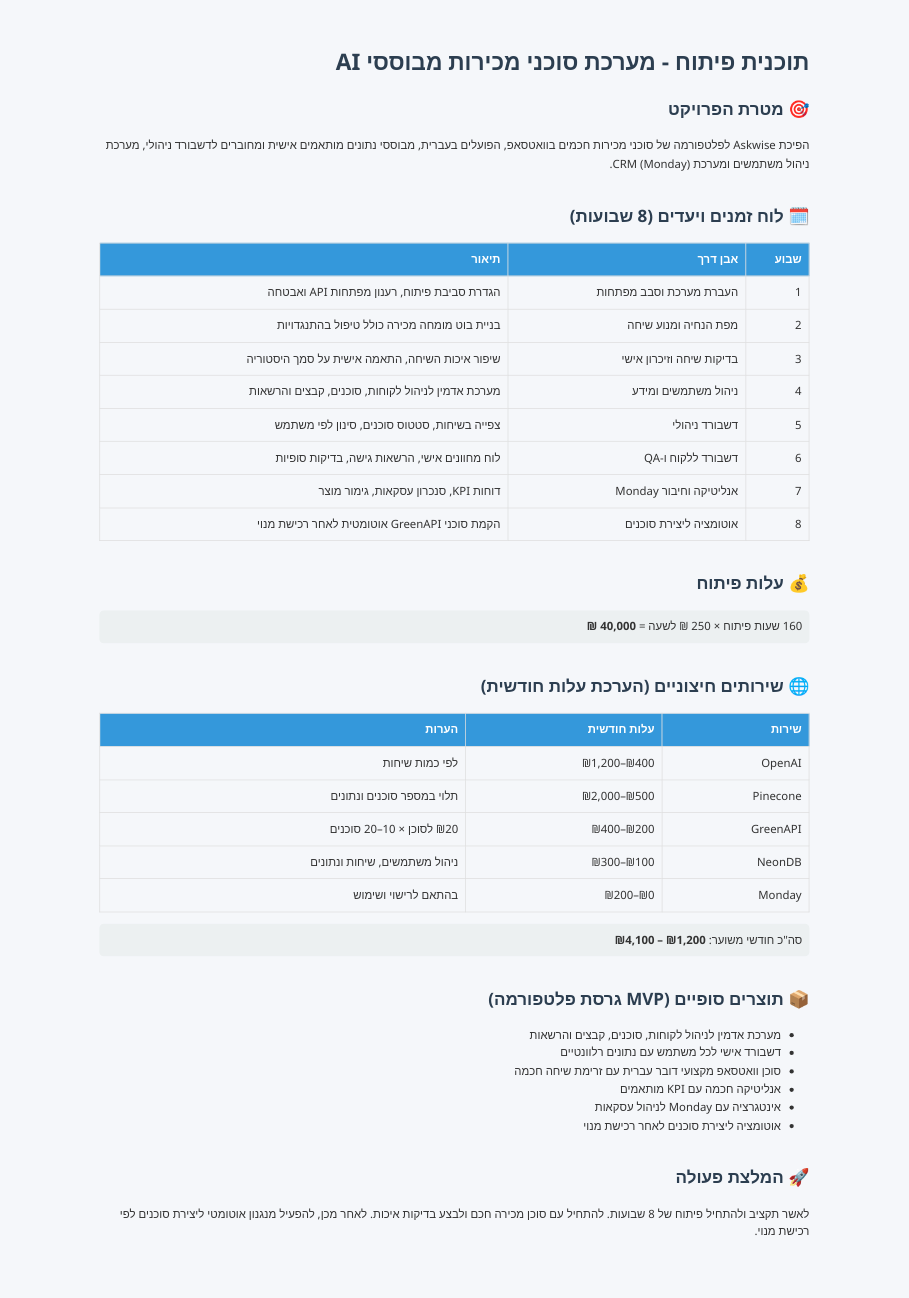
Repository: dangogit/askwise
Page: index.html
An editor plug-in stored every save of this project. The page is shown before and after the next save, followed by the edit.
The browser window is 1280 px wide. The pictures show the whole page, at 71% of full size.

Above is the page before, as saved 2025-05-23 16:21:14.

After the next save:
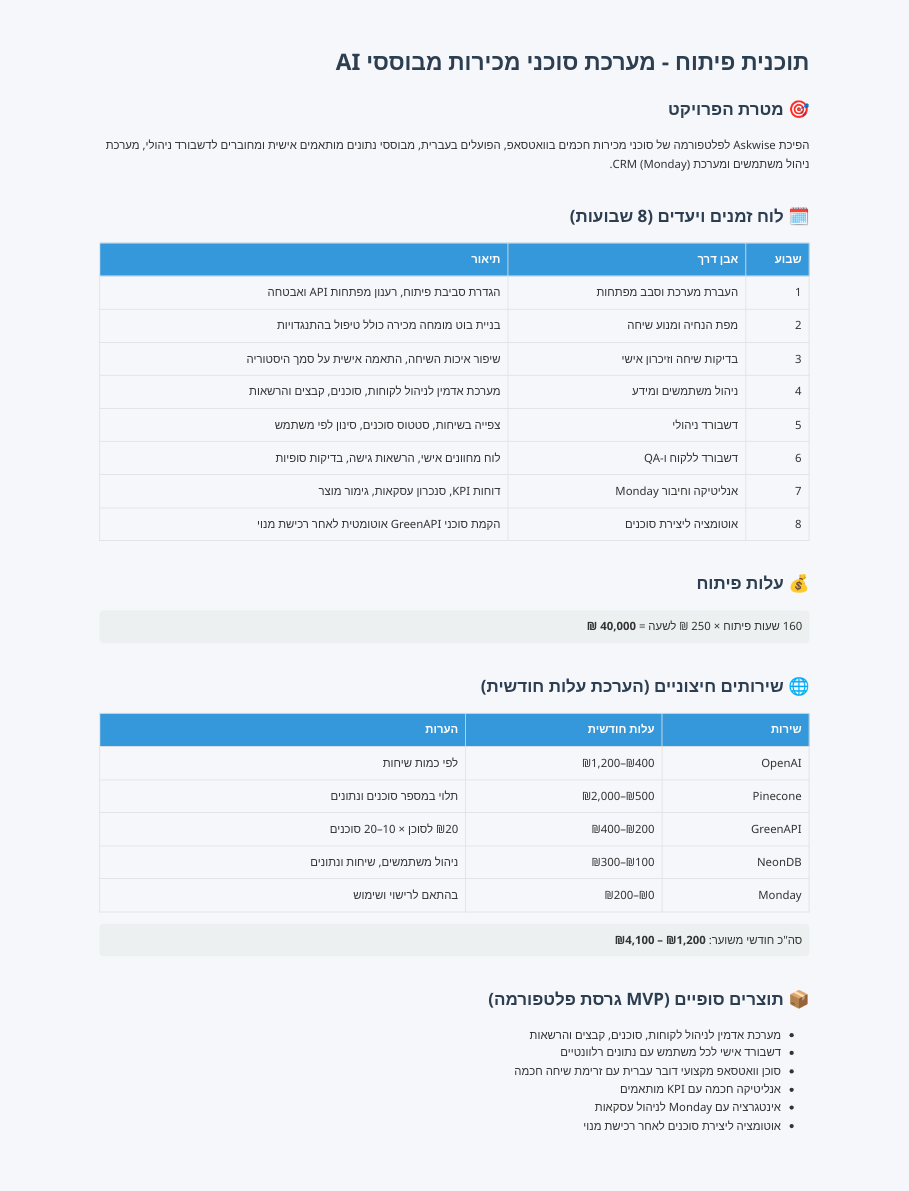
Saved 7 s later.
--- a/index.html
+++ b/index.html
@@ -92,10 +92,5 @@
       <li>אוטומציה ליצירת סוכנים לאחר רכישת מנוי</li>
     </ul>
   </div>
-
-  <div class="section">
-    <h2>🚀 המלצת פעולה</h2>
-    <p>לאשר תקציב ולהתחיל פיתוח של 8 שבועות. להתחיל עם סוכן מכירה חכם ולבצע בדיקות איכות. לאחר מכן, להפעיל מנגנון אוטומטי ליצירת סוכנים לפי רכישת מנוי.</p>
-  </div>
 </body>
 </html>
